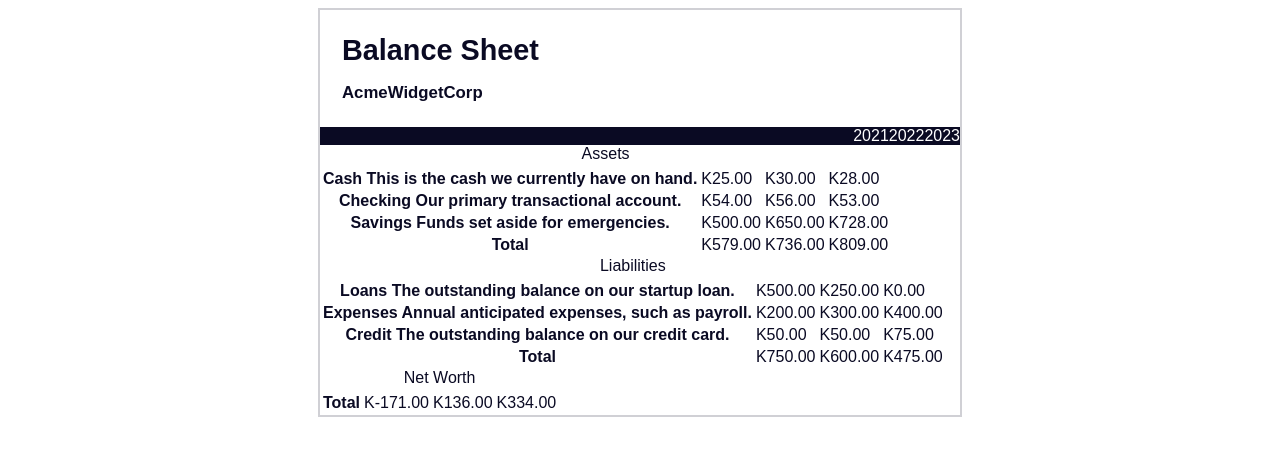
Repository: Lungdjos/balance_shee
Page: index.html
An editor plug-in stored every save of this project. The page is shown before and after the next save, followed by the edit.
The browser window is 1280 px wide. The pictures show the whole page.

Above is the page before, as saved 2023-11-04 09:15:59.

After the next save:
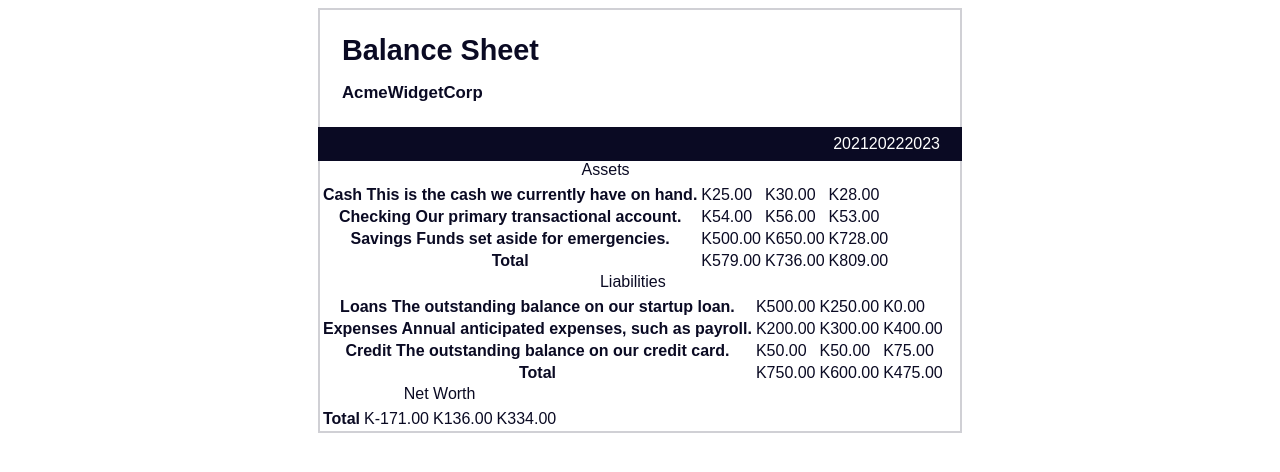
Saved 12 h 25 min later.
--- a/styles.css
+++ b/styles.css
@@ -58,4 +58,6 @@ section {
     justify-content: flex-end;
     color: #fff;
     background: #0a0a23;
+    margin: 0 -2px;
+    padding: .5rem calc(1.25rem + 2px) .5rem 0;
 }
